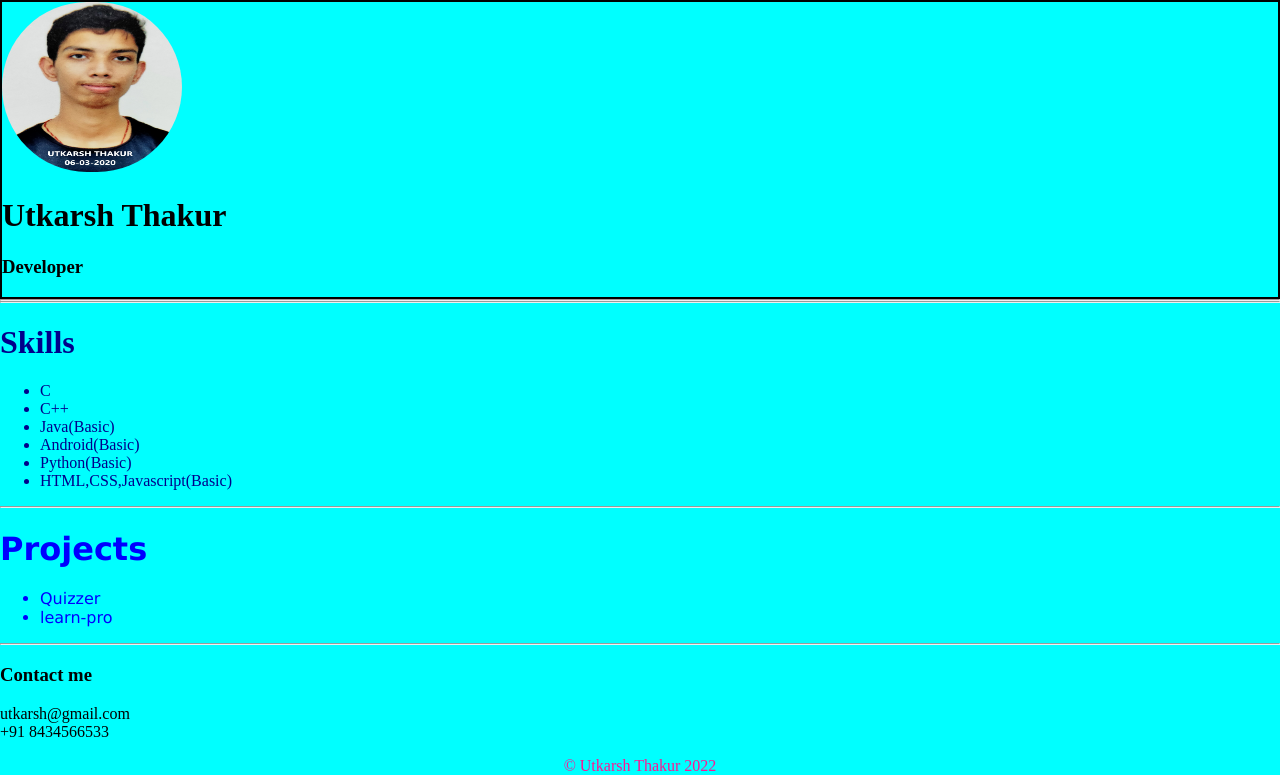
Repository: UtkarshThakur321/Utkarsh-Thakur-Profile
Page: index.html
An editor plug-in stored every save of this project. The page is shown before and after the next save, followed by the edit.
The browser window is 1280 px wide. The pictures show the whole page.

Above is the page before, as saved 2022-01-18 22:09:41.
Not found: main.js

### index.html
<!DOCTYPE html>
<html>
<head>
    <meta charset='utf-8'>
    <meta http-equiv='X-UA-Compatible' content='IE=edge'>
    <title>Page Title</title>
    <meta name='viewport' content='width=device-width, initial-scale=1'>
    <link rel='stylesheet' type='text/css' media='screen' href="index.css">
    <script src='main.js'></script>
</head>
<body>
    <div id="main">
    <!-- <div id="nav">
        <h1>My Resume</h1>
    </div> -->
    <div id="intro">
        <div id="profileImage">
             <img src="main3.jpg" alt="DP_Utkarsh__Thakur"
             width="180" height="170">
        </div>
        <div is="profileName">
            <h1>Utkarsh Thakur</h1>
        </div>
        <div>

            <h3>Developer</h3>
         </div>
    </div>
    <hr>


    <hr>

    <div id="skills">
        <h1>Skills</h1>
        <ul>
            <li>C</li>
            <li>C++</li>
            <li>Java(Basic)</li>
            <li>Android(Basic)</li>
            <li>Python(Basic)</li>
            <li>HTML,CSS,Javascript(Basic)</li>
        </ul>
    </div>

    <hr>
    <div id="projects">
        <h1>Projects</h1>
        <ul>
            <li>Quizzer</li>
            <li>learn-pro</li>
        </ul>
    </div>
    <hr>

    <div id="footer">
        <h3>Contact me</h3>
        <p>
            utkarsh@gmail.com<br>
            +91 8434566533

        </p>
            <div id="copyright">
         &copy; Utkarsh Thakur 2022
            </div>
        </div>
    </div>



</body>
</html>

### index.css
body{
    width:100%;
    margin:0px;
    background-color:aqua

}
#intro{
    border:2px solid black;

}

#profileImage>img{
    border-radius: 90px;

}

.intro{
    color:brown;

}

#image{
    width:50%;
}

hr{
    margin:0px;
}

#nav{
    height:50px;
    display:content;
    text-align: center;
    font-weight: 900;
    color:black;}
    /* text-align: center;
    font-family: Verdana, Geneva, Tahoma, sans-serif;
} */

#skills{
    color:darkblue;
    font-weight: 400;

}

#projects{
    font-family: Verdana, Geneva, Tahoma, sans-serif;
    color:blue;
}


/* #footer{
    text-align: center;
} */
#copyright{
    text-align: center;
    color:deeppink
}

After the next save:
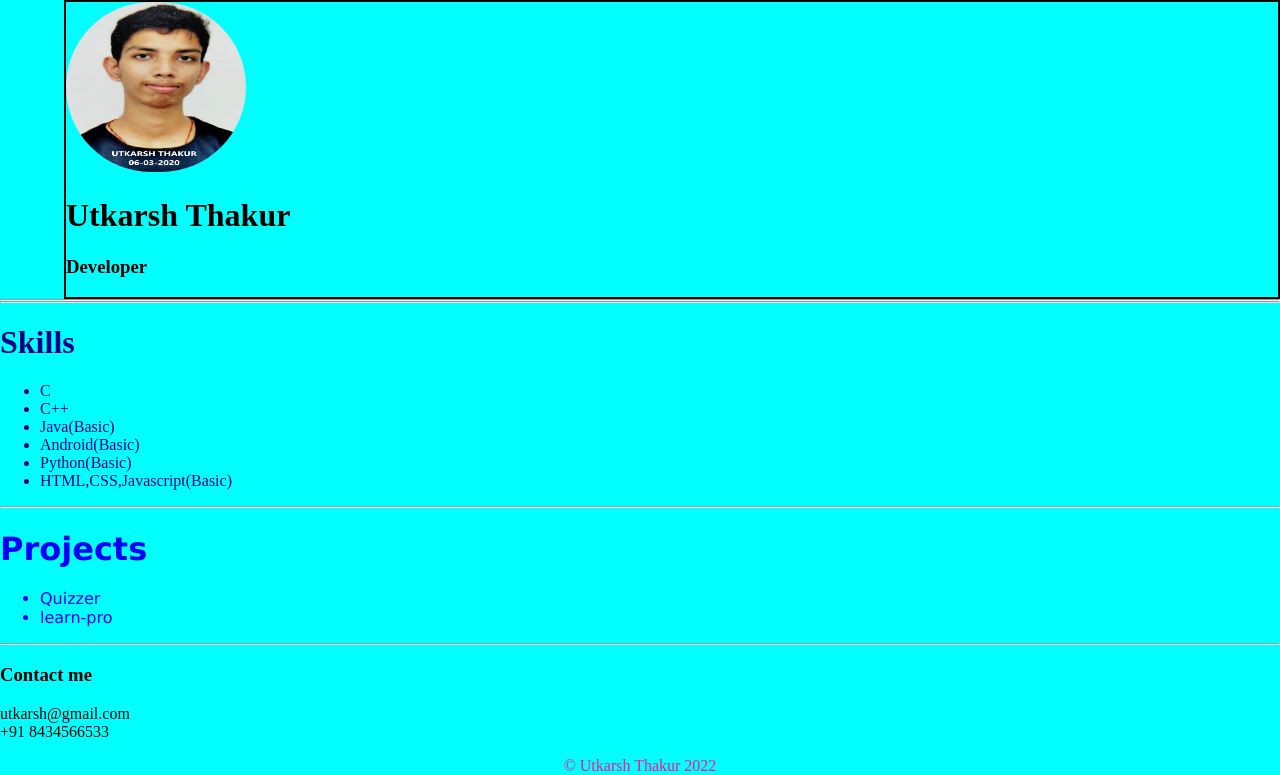
Saved 103 s later.
--- a/index.css
+++ b/index.css
@@ -6,7 +6,7 @@ body{
 }
 #intro{
     border:2px solid black;
-
+    margin-left: 5%;
 }
 
 #profileImage>img{
